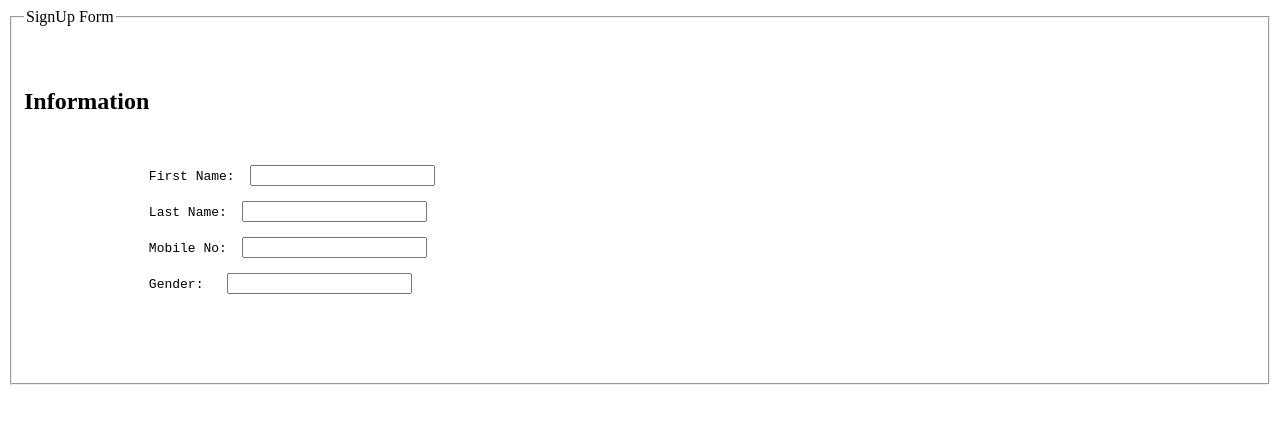
Repository: USChaurasiya/SpringCore
Page: http://localhost/SpringExample/
These files come from the project's save history. The page is drawn as it stood at one moment and after the next save; the edit follows.
The browser window is 1280 px wide. The pictures show the whole page.
The page is served by Tomcat 9.

Above is the page before, as saved 2017-02-14 07:34:28.

After the next save:
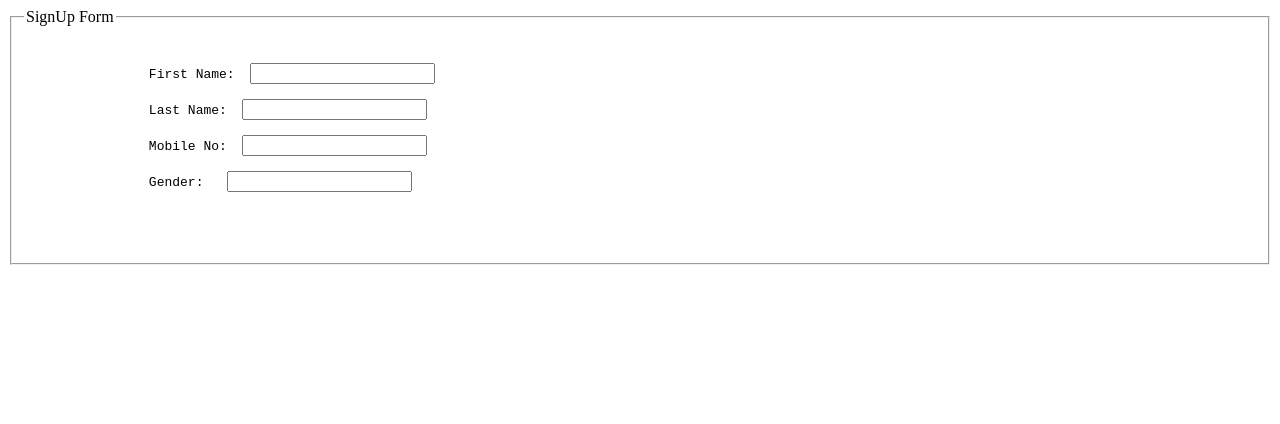
Saved 32 s later.
--- a/SpringExample/WebContent/Signup.jsp
+++ b/SpringExample/WebContent/Signup.jsp
@@ -11,13 +11,7 @@
 
 	<form action="signup.do" method="post">
 	<fieldset>
-
 		<legend >SignUp Form</legend>
-
-
-
-		<section>
-		<h2>Information</h2>
 		      <pre>
                 <span>First Name: </span> <input type="text" name="fname">
 
@@ -28,7 +22,6 @@
                 <span>Gender: </span>  <input type="text" name="gender">
 
 			</pre>
-			 </section>
 		     </fieldset>
 	</form>
 
